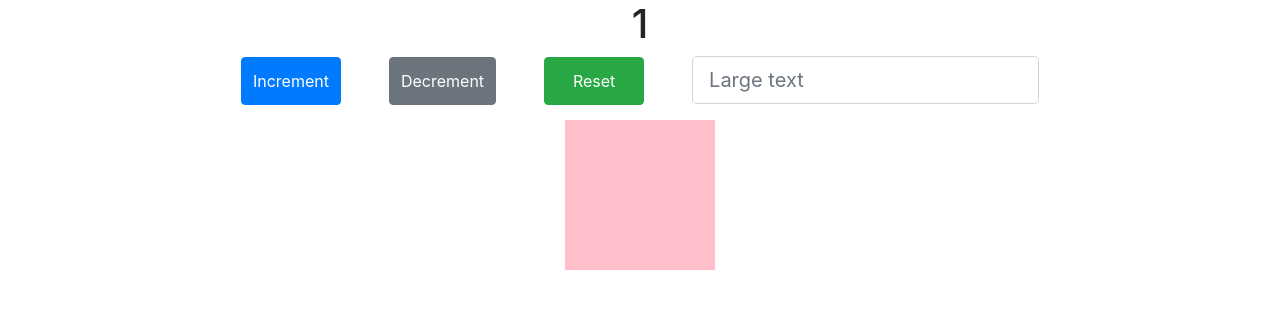
Repository: tts2610/redux-counter
Page: /
An editor plug-in stored every save of this project. The page is shown before and after the next save, followed by the edit.
The browser window is 1280 px wide. The pictures show the whole page.
The project was rebuilt for these pictures with package versions that can differ from the ones it lists, and the page was loaded fresh each time.

Above is the page before, as saved 2020-06-09 15:23:48.

### src/index.js
import React from "react";
import ReactDOM from "react-dom";
import "./index.css";
import App from "./App";
import * as serviceWorker from "./serviceWorker";
import { createStore } from "redux";
import { Provider } from "react-redux";

const initialState = {
  count: 1,
  color: "pink",
};

function countReducer(state = initialState, action) {
  switch (action.type) {
    case "INCREMENT":
      return {
        count: state.count + 1,
      };
    case "DECREMENT":
      return {
        count: state.count - 1,
      };
    case "RESET":
      return {
        count: 0,
      };
    case "CHANGECOLOR":
      return {
        color: action.payload,
      };
    default:
      return state;
  }
}

const store = createStore(
  countReducer,
  // Hooks up Redux Devtools
  window.__REDUX_DEVTOOLS_EXTENSION__ && window.__REDUX_DEVTOOLS_EXTENSION__()
);

ReactDOM.render(
  <Provider store={store}>
    <App />
  </Provider>,
  document.getElementById("root")
);

// If you want your app to work offline and load faster, you can change
// unregister() to register() below. Note this comes with some pitfalls.
// Learn more about service workers: https://bit.ly/CRA-PWA
serviceWorker.unregister();

### src/App.js
import React, { useState } from "react";
import logo from "./logo.svg";
import "./App.css";
import { useSelector, useDispatch } from "react-redux";
import "bootstrap/dist/css/bootstrap.min.css";
import { Form, Button } from "react-bootstrap";

function App() {
  const count = useSelector((state) => state.count);
  const color = useSelector((state) => state.color);
  const dispatch = useDispatch();
  let temp = count;
  let divList = [];
  while (temp > 0) {
    divList.push(
      <div
        style={{
          width: "150px",
          height: "150px",
          backgroundColor: `${color}`,
          margin: "0 auto",
        }}
      ></div>
    );
    temp--;
  }

  return (
    <div className="App">
      <h1>{count}</h1>
      <div
        style={{
          display: "flex",
          justifyContent: "center",
          alignItems: "baseline",
        }}
      >
        <Button
          onClick={() => dispatch({ type: "INCREMENT" })}
          variant="primary"
          className="mr-5"
          style={{ minWidth: "100px", padding: "11px" }}
        >
          Increment
        </Button>{" "}
        <Button
          onClick={() => dispatch({ type: "DECREMENT" })}
          variant="secondary"
          className="mr-5"
          style={{ minWidth: "100px", padding: "11px" }}
        >
          Decrement
        </Button>{" "}
        <Button
          onClick={() => dispatch({ type: "RESET" })}
          variant="success"
          className="mr-5"
          style={{ minWidth: "100px", padding: "11px" }}
        >
          Reset
        </Button>{" "}
        <Form.Group>
          <Form.Control
            size="lg"
            onChange={(e) =>
              dispatch({ type: "CHANGECOLOR", payload: e.target.value })
            }
            type="text"
            placeholder="Large text"
          />
        </Form.Group>
      </div>

      {/* <div
        style={{
          width: "150px",
          height: "150px",
          backgroundColor: `${color}`,
          margin: "0 auto",
          borderBottom: "1px solid black",
        }}
      ></div> */}
      {divList}
    </div>
  );
}

export default App;

Loaded but not shown: public/index.html (common file); src/index.css (common file); src/serviceWorker.js (common file); src/App.css (common file)

After the next save:
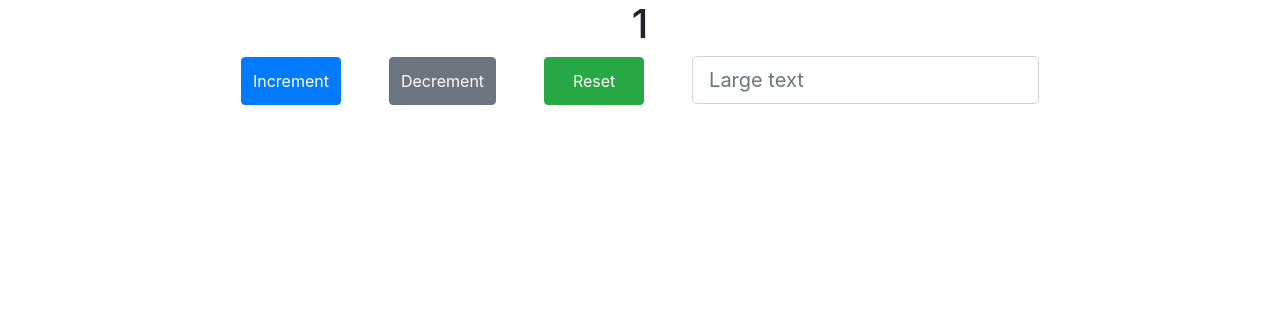
Saved 19 s later.
--- a/src/index.js
+++ b/src/index.js
@@ -8,7 +8,7 @@ import { Provider } from "react-redux";
 
 const initialState = {
   count: 1,
-  color: "pink",
+  color: "",
 };
 
 function countReducer(state = initialState, action) {
